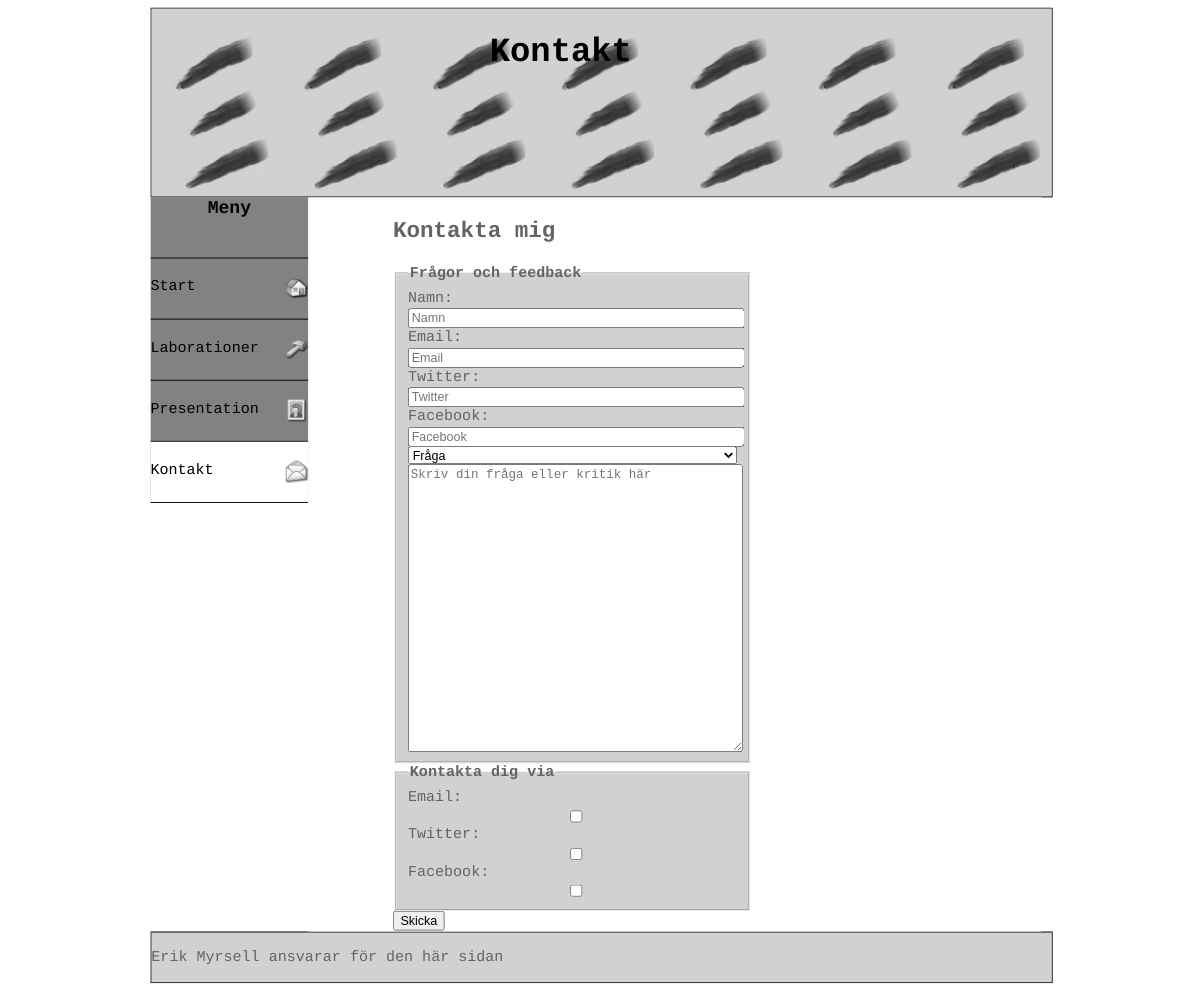
Repository: em222mt/1IK415_em222mt
Page: pages/kontakt.html
The author's editor kept a record of every edit. The page is drawn from the files as they stood at one moment, then again after the next edit.
The browser window is 1280 px wide. The pictures show the whole page, at 94% of full size.

Above is the page before.

After the next edit:
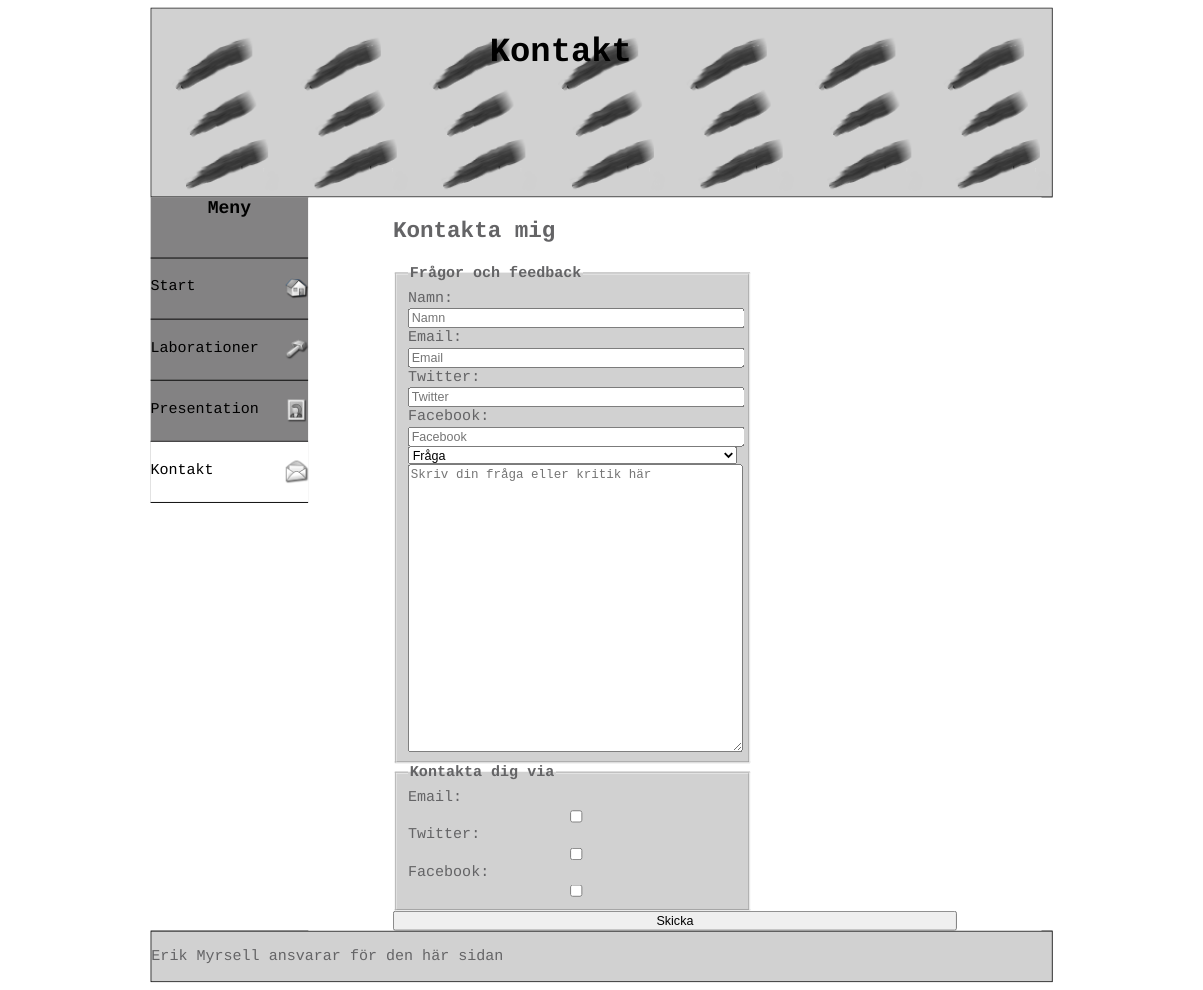
The edit:
--- a/pages/kontakt.html
+++ b/pages/kontakt.html
@@ -78,7 +78,7 @@
 
                 </fieldset>
 
-                <input id="formsubmit" type="submit" value="Skicka" />
+                <input class="formunit" id="formsubmit" type="submit" value="Skicka" />
 
             </form>
 
